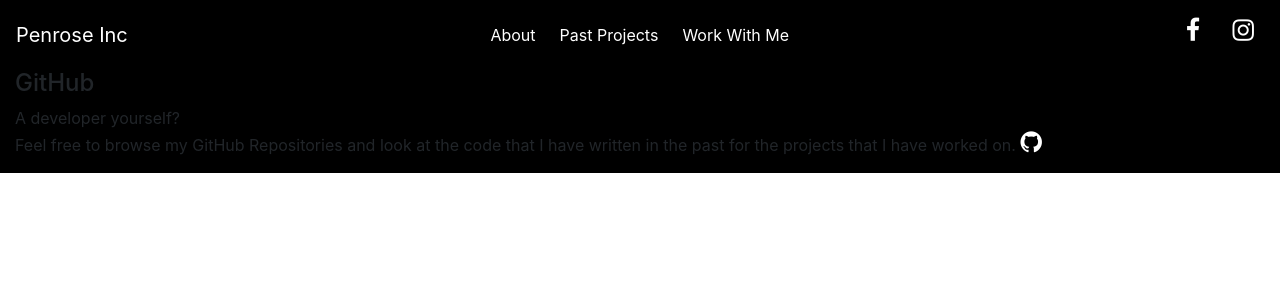
Repository: mrwillpenrose/penrose-inc
Page: index.html
The author's editor kept a record of every edit. The page is drawn from the files as they stood at one moment, then again after the next edit.
The browser window is 1280 px wide. The pictures show the whole page.
Some web libraries are served in a nearby version.

Above is the page before.

### index.html
<!DOCTYPE html>
<html lang="en">

<head>
    <meta charset="UTF-8">
    <meta name="viewport" content="width=device-width, initial-scale=1.0">
    <meta http-equiv="X-UA-Compatible" content="ie=edge">
    <title>Pernose Inc</title>
    <link rel="stylesheet" href="https://maxcdn.bootstrapcdn.com/bootstrap/4.0.0/css/bootstrap.min.css" integrity="sha384-Gn5384xqQ1aoWXA+058RXPxPg6fy4IWvTNh0E263XmFcJlSAwiGgFAW/dAiS6JXm" crossorigin="anonymous">
    <link rel="stylesheet" href="https://stackpath.bootstrapcdn.com/font-awesome/4.7.0/css/font-awesome.min.css" type="text/css" />
    <link rel="stylesheet" href="css/style.css" type="text/css" />
</head>

<body>

    <!------------------NAV------------------------>


    <nav class="navbar navbar-expand-md navbar-dark bg-custom">
        <a href="index.html" class="navbar-brand">Penrose Inc</a>
        <button class="navbar-toggler" data-toggle="collapse" data-target="#navbarMenu">
                <span class="navbar-toggler-icon"></span>
            </button>
        <div class="collapse navbar-collapse" id="navbarMenu">
            <ul class="navbar-nav mx-auto">
                <li class="list-inline-item">
                    <a href="#" class="nav-link">About</a>
                </li>
                <li class="list-inline-item">
                    <a href="#" class="nav-link">Past Projects</a>
                </li>
                <li class="list-inline-item">
                    <a href="#" class="nav-link">Work With Me</a>
                </li>
            </ul>
            <ul class="social">
                <li class="list-inline-item">
                    <a href="#" class="nav-link" target="_blank">
                        <i class="fa fa-facebook font-awesome-icon" aria-hidden="true"></i>
                        <span class="sr-only">Facebook</span>
                    </a>
                </li>
                <li class="list-inline-item">
                    <a href="#" class="nav-link" target="_blank">
                        <i class="fa fa-instagram font-awesome-icon" aria-hidden="true"></i>
                        <span class="sr-only">Instagram</span>
                    </a>
                </li>
            </ul>
        </div>
    </nav>
    <!-----------------------MAIN CONTENT---------------->



    <!----------------------FOOTER----------------------->

    <footer class="container-fluid">
        <div class="row">
            <div class="col-sm-12">
                <h4 class="github">GitHub</h4>
                <p class="github-paragraph">
                    A developer yourself?<br>
                    Feel free to browse my GitHub Repositories and look at the code that I have written in the past for the projects that I have worked on.
                    <a href="#" target="_blank">
                        <i class="fa fa-github font-awesome-icon" aria-hidden="true"></i>
                        <span class="sr-only">GitHub</span>
                    </a>
            </div>
        </div>
    </footer>


    <script src="https://code.jquery.com/jquery-3.2.1.slim.min.js" integrity="sha384-KJ3o2DKtIkvYIK3UENzmM7KCkRr/rE9/Qpg6aAZGJwFDMVNA/GpGFF93hXpG5KkN" crossorigin="anonymous"></script>
    <script src="https://cdnjs.cloudflare.com/ajax/libs/popper.js/1.12.9/umd/popper.min.js" integrity="sha384-ApNbgh9B+Y1QKtv3Rn7W3mgPxhU9K/ScQsAP7hUibX39j7fakFPskvXusvfa0b4Q" crossorigin="anonymous"></script>
    <script src="https://maxcdn.bootstrapcdn.com/bootstrap/4.0.0/js/bootstrap.min.js" integrity="sha384-JZR6Spejh4U02d8jOt6vLEHfe/JQGiRRSQQxSfFWpi1MquVdAyjUar5+76PVCmYl" crossorigin="anonymous"></script>
</body>

</html>

### css/style.css
body {
    padding: 0;
    margin: 0;
}

/* ----------------------------- MEDIA QUERIES ------------------------*/

@media (max-width: 768px) {
    .social {
        padding: 0;
    }
}




/* ----------------------------- NAV ------------------------*/

.bg-custom {
    background-color: #000;
}

.navbar .navbar-nav li a {
    color: #fff !important;
}

.nav-link {
    text-align: center;
}


.social {
    text-align: center;
}


.social .nav-link {
    padding-top: 10px;
    padding-bottom: 0px;
    padding-left: 10px;
    padding-right: 10px;
}

.font-awesome-icon {
    font-size: 25px;
    color: #fff;
    text-align: center;
    -webkit-transition: ease-in-out 0.2s;
    -moz-transition: ease-in-out 0.2s;
    -o-transition: ease-in-out 0.2s;
}

.font-awesome-icon:hover {

    font-size: 40px;
    color: #FF0000;
}


/* ----------------------------- FOOTER ------------------------*/

footer {
    padding: 0;
    margin: 0;
    background-color: #000;
}

After the next edit:
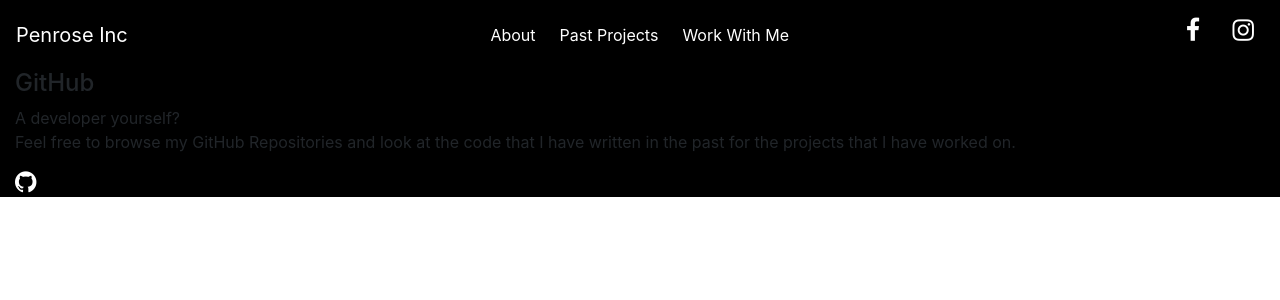
The edit:
--- a/index.html
+++ b/index.html
@@ -62,7 +62,8 @@
                 <p class="github-paragraph">
                     A developer yourself?<br>
                     Feel free to browse my GitHub Repositories and look at the code that I have written in the past for the projects that I have worked on.
-                    <a href="#" target="_blank">
+                </p>
+                <a href="#" target="_blank">
                         <i class="fa fa-github font-awesome-icon" aria-hidden="true"></i>
                         <span class="sr-only">GitHub</span>
                     </a>
